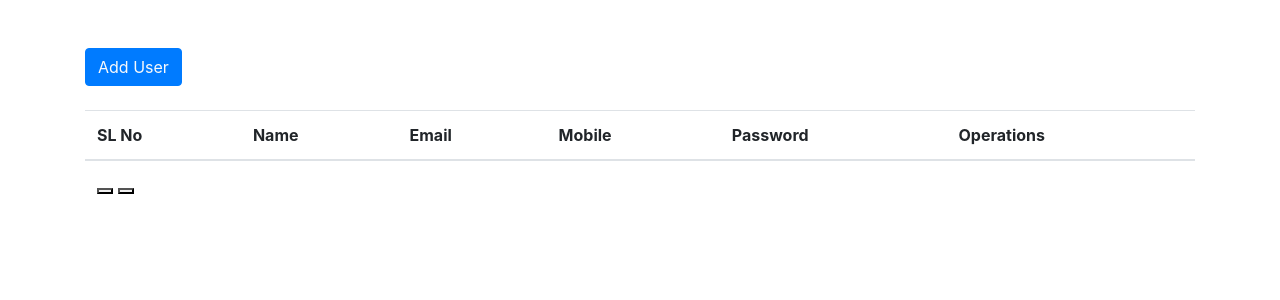
Repository: AMIT1439027/crud-app
Page: http://localhost/display.php
An editor plug-in stored every save of this project. The page is shown before and after a run of saves, followed by the edit.
The browser window is 1280 px wide. The pictures show the whole page.
The page is run by PHP 8.4 with error messages shown; the project is at /var/www/html/. Queries for data that is not in the repository find no rows.

Above is the page before, as saved 2024-04-25 10:44:14.

After the next 2 saves:
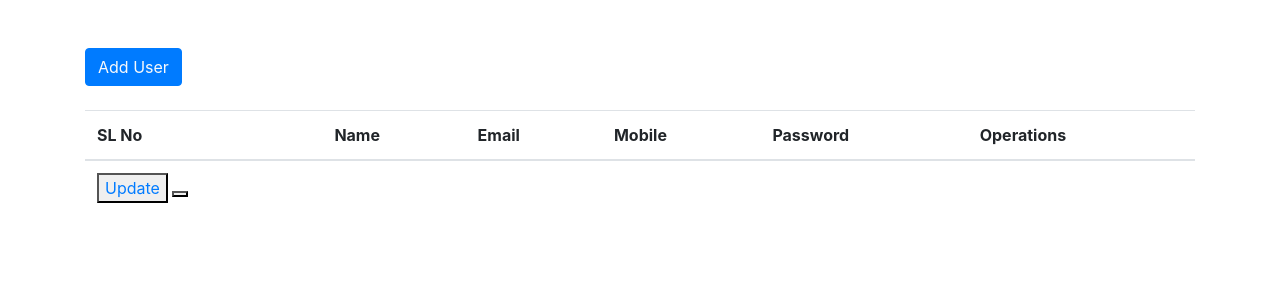
The 2 saves are shown as one change because they came seconds apart.
The last was saved 21 s later.
--- a/display.php
+++ b/display.php
@@ -68,7 +68,7 @@
 
 <td>
 
-<button><a href=""></a></button>
+<button><a href="">Update</a></button>
 <button><a href=""></a></button>
 </td>
     <!-- <tr>
